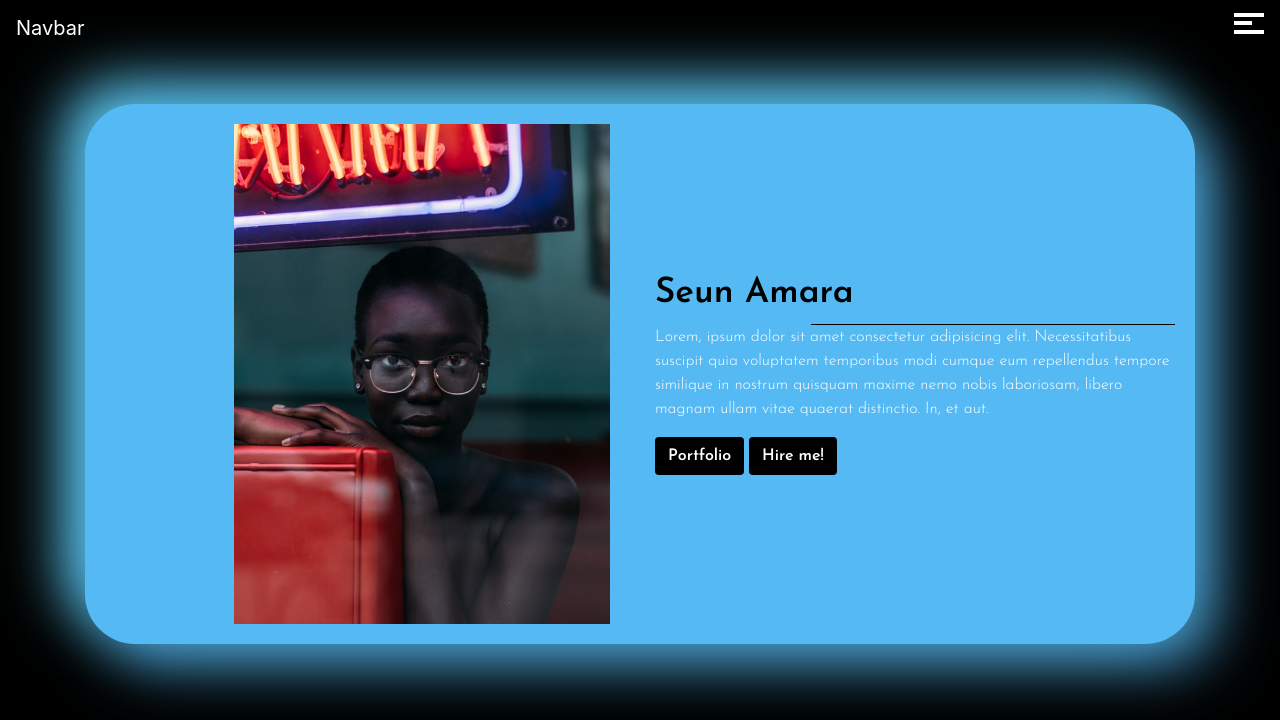
Repository: latenightsnacc/portfolio-site
Page: index.html
The author's editor kept a copy of each file at every save. The page is drawn from the files as they stood at one save, then again after the next save.
The browser window is 1280 px wide. The pictures show the whole page.
The style sheet was rebuilt from its Sass, Less or Tailwind sources for each picture, by a compiler version that may differ from the author's.

Above is the page before, as saved 2020-08-03 14:49:36.

### index.html
<!DOCTYPE html>
<html lang="en">
<head>
    <meta charset="UTF-8">
    <meta name="viewport" content="width=device-width, initial-scale=1.0">
    <link rel="stylesheet" href="https://stackpath.bootstrapcdn.com/bootstrap/4.5.0/css/bootstrap.min.css" integrity="sha384-9aIt2nRpC12Uk9gS9baDl411NQApFmC26EwAOH8WgZl5MYYxFfc+NcPb1dKGj7Sk" crossorigin="anonymous">
    <link rel="stylesheet" href="styles/stylesheet.css">

    <title>Portfolio Site</title>
</head>
<body>
    <main>
        <!--Navigation-->
        <nav class="navbar navbar-light bg-dark mb-5">
            <div class="nav-top" id="top">
                <a class="navbar-brand" href="#">Navbar</a>
                <div class="menu-icon">
                    <span class="icon-long"></span>
                    <span class="icon-short"></span>
                    <span class="icon-long"></span>
                </div>
            </div>
        </nav>

        <div class="container">
            <div class="card">
                <div class="card-body">
                    <!--Horizontal Card-->
                    <div class="row">
                        <div class="col-s12 col-md-6 col-lg-6">
                            <div class="container img-box">
                                <img src="assets/HER.jpg" alt="Seun" />
                            </div>
                        </div>
                        <div class="col-s12 col-md-6 col-lg-6">
                            <div class="text-box">
                                <div class="name">Seun Amara</div>
                                <div class="span">
                                    <span></span>
                                </div>
                                <p>Lorem, ipsum dolor sit amet consectetur adipisicing elit.
                                    Necessitatibus suscipit quia voluptatem temporibus modi cumque eum repellendus
                                    tempore similique in nostrum quisquam maxime nemo nobis laboriosam, libero magnam
                                    ullam vitae quaerat distinctio. In, et aut.
                                </p>
                                <div class="btn-box">
                                    <button class="btn">Portfolio</button>
                                    <button class="btn">Hire me!</button>
                                </div>

                            </div>
                        </div>
                    </div>
                </div>
            </div>
        </div>

    </main>

    <script src="https://code.jquery.com/jquery-3.5.1.slim.min.js" integrity="sha384-DfXdz2htPH0lsSSs5nCTpuj/zy4C+OGpamoFVy38MVBnE+IbbVYUew+OrCXaRkfj" crossorigin="anonymous"></script>
    <script src="https://cdn.jsdelivr.net/npm/popper.js@1.16.0/dist/umd/popper.min.js" integrity="sha384-Q6E9RHvbIyZFJoft+2mJbHaEWldlvI9IOYy5n3zV9zzTtmI3UksdQRVvoxMfooAo" crossorigin="anonymous"></script>
    <script src="https://stackpath.bootstrapcdn.com/bootstrap/4.5.0/js/bootstrap.min.js" integrity="sha384-OgVRvuATP1z7JjHLkuOU7Xw704+h835Lr+6QL9UvYjZE3Ipu6Tp75j7Bh/kR0JKI" crossorigin="anonymous"></script>
</body>
</html>

### styles/stylesheet.scss
@import 'variables';

*{
    margin:0;
    padding: 0;
    text-decoration: none;
    list-style: none;

    a{
        text-decoration: none;

        &:hover {
            text-decoration: none;
        }
    }
}
body,html, .bg-dark {
    background-color: $dark!important;
}
.span {
    display: flex;
    flex-direction: column;
    align-items: flex-end;
    span{
        border-bottom: 1px solid $dark;
        width: 70%;
        padding: 5px 0px;
    }
}
.btn {
    background-color: #000;
    font-weight: $bold;
    color: $light;

    &:hover {
        color: #62d5ff;
    }
}
.img-box {
    width: 100%;
    height: 100%;
    display: flex;
    justify-content: flex-end;
    img {
        height: 500px;
    }
}
.text-box {
    height: 100%;
    width: 100%;
    display: flex;
    flex-direction: column;
    justify-content: center;

}
.card {
    border: 0px !important;
    color: $light;
    font-family: $font;
    // box-shadow: $bS;
    border-radius: 50px;
    background: #55b9f3;
    box-shadow:  20px 20px 60px #489dcf,
             -20px -20px 60px #62d5ff;

    .name {
        font-weight: $bold;
        color: $dark;
        line-height: 40px;
        font-size: 35px;
    }
    p {
        color: $light;
        font-weight: $fontLight;
    }
}
.nav-top {
    display: flex;
    width: 100%;
    justify-content: space-between;
}
.navbar-brand {
    color: $light !important;
}
.menu-icon {
    display: flex;
    flex-direction: column;
    height: 30px;
    justify-content: space-evenly;
    .icon-long, .icon-short {
        border: 2px solid $light;
    }
    .icon-long {
        width: 30px;
    }
    .icon-short {
        width: 18px;
    }
}

### styles/_variables.scss
@import url('https://fonts.googleapis.com/css2?family=Josefin+Sans:wght@300;600&display=swap');
$font:'Josefin Sans', sans-serif;
$bold: 600;
$fontLight: 300;
$dark: black;
$light: white;
$bg-dark: rgb(27, 24, 24);
$bS:  .5px .5px 10px 3px #0ff;

After the next save:
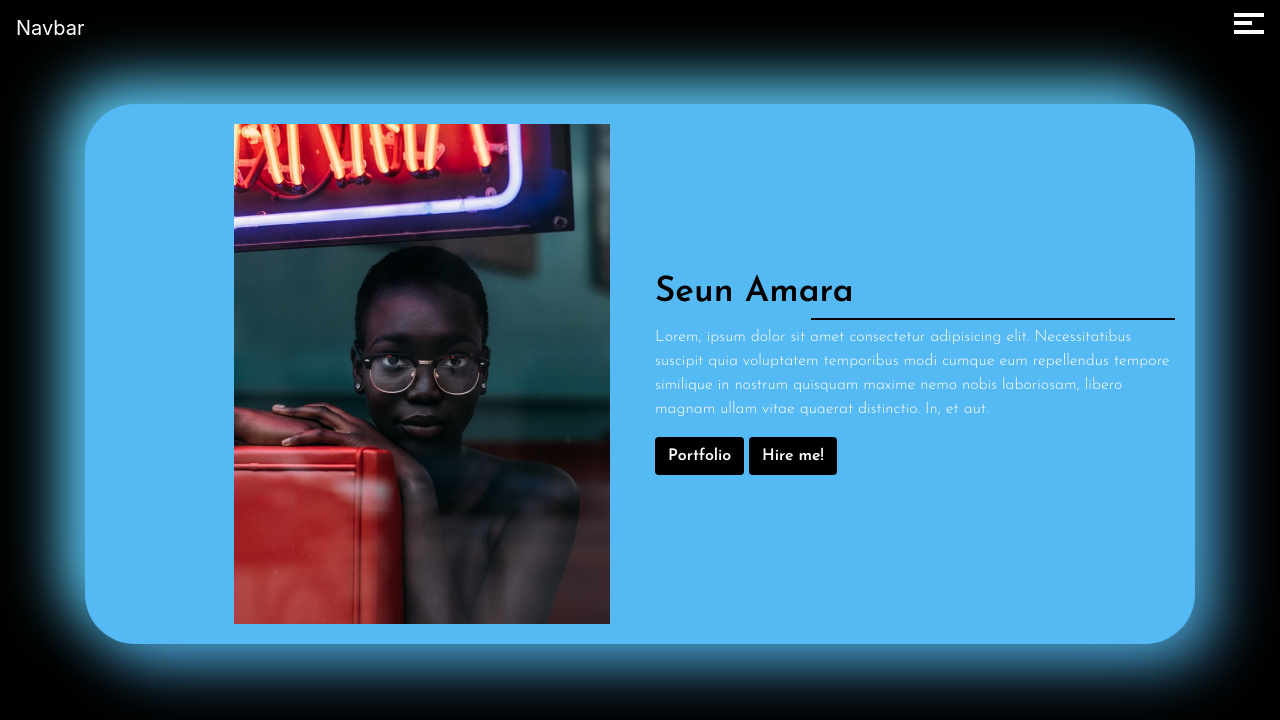
Saved 16 s later.
--- a/styles/stylesheet.scss
+++ b/styles/stylesheet.scss
@@ -22,9 +22,9 @@ body,html, .bg-dark {
     flex-direction: column;
     align-items: flex-end;
     span{
-        border-bottom: 1px solid $dark;
+        border: 1px solid $dark;
         width: 70%;
-        padding: 5px 0px;
+        margin: 5px 0px;
     }
 }
 .btn {
